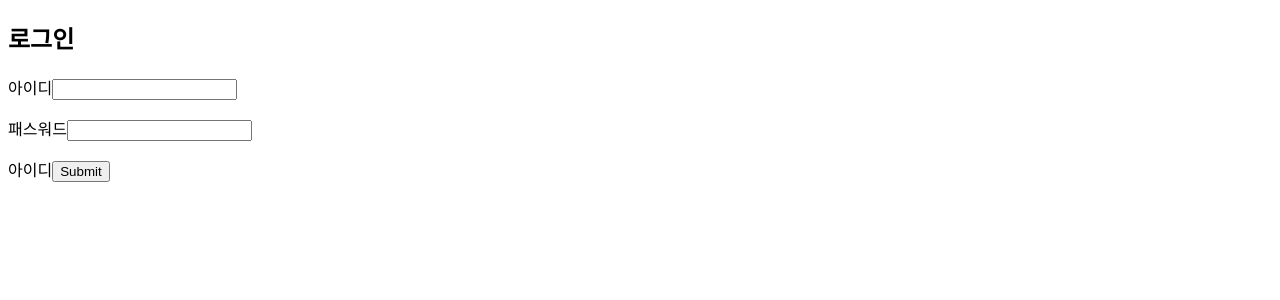
Repository: taiseidesu97/space_jspworks
Page: http://localhost/jweb0/cart/session01.jsp
These files come from the project's save history. The page is drawn as it stood at one moment and after the next save; the edit follows.
The browser window is 1280 px wide. The pictures show the whole page.
The page is served by Tomcat 10. Other server files are loaded and not shown.

Above is the page before, as saved 2025-10-13 01:58:26.

### jweb0/src/main/webapp/cart/session01.jsp
<%@ page language="java" contentType="text/html; charset=UTF-8"
    pageEncoding="UTF-8"%>
<!DOCTYPE html>
<html>
<head>
<meta charset="UTF-8">
<title>로그인 폼</title>
</head>
<body>
<h2>로그인</h2>
<form action="session01_process.jsp" method="post">
<p>아이디<input type="text" name="id"></p>
<p>패스워드<input type="password" name="password"></p>
<p>아이디<input type="submit" name="로그인"></p>
</form>

</body>
</html>

After the next save:
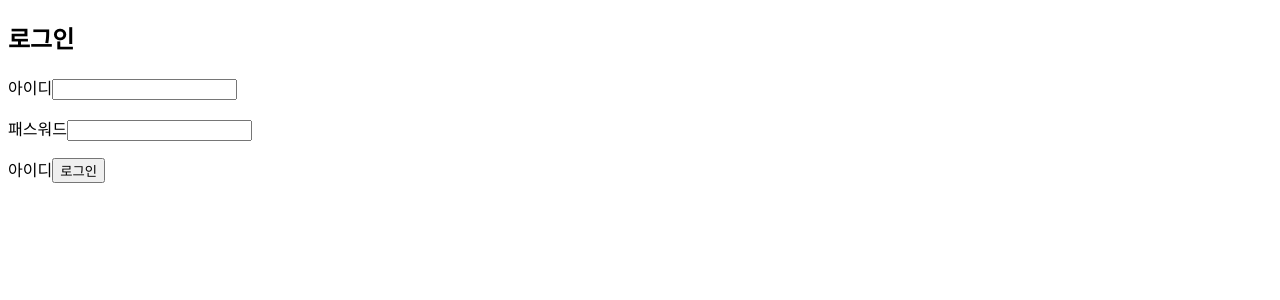
Saved 2 min 2 s later.
--- a/jweb0/src/main/webapp/cart/session01.jsp
+++ b/jweb0/src/main/webapp/cart/session01.jsp
@@ -11,7 +11,7 @@
 <form action="session01_process.jsp" method="post">
 <p>아이디<input type="text" name="id"></p>
 <p>패스워드<input type="password" name="password"></p>
-<p>아이디<input type="submit" name="로그인"></p>
+<p>아이디<input type="submit" value="로그인"></p>
 </form>
 
 </body>
